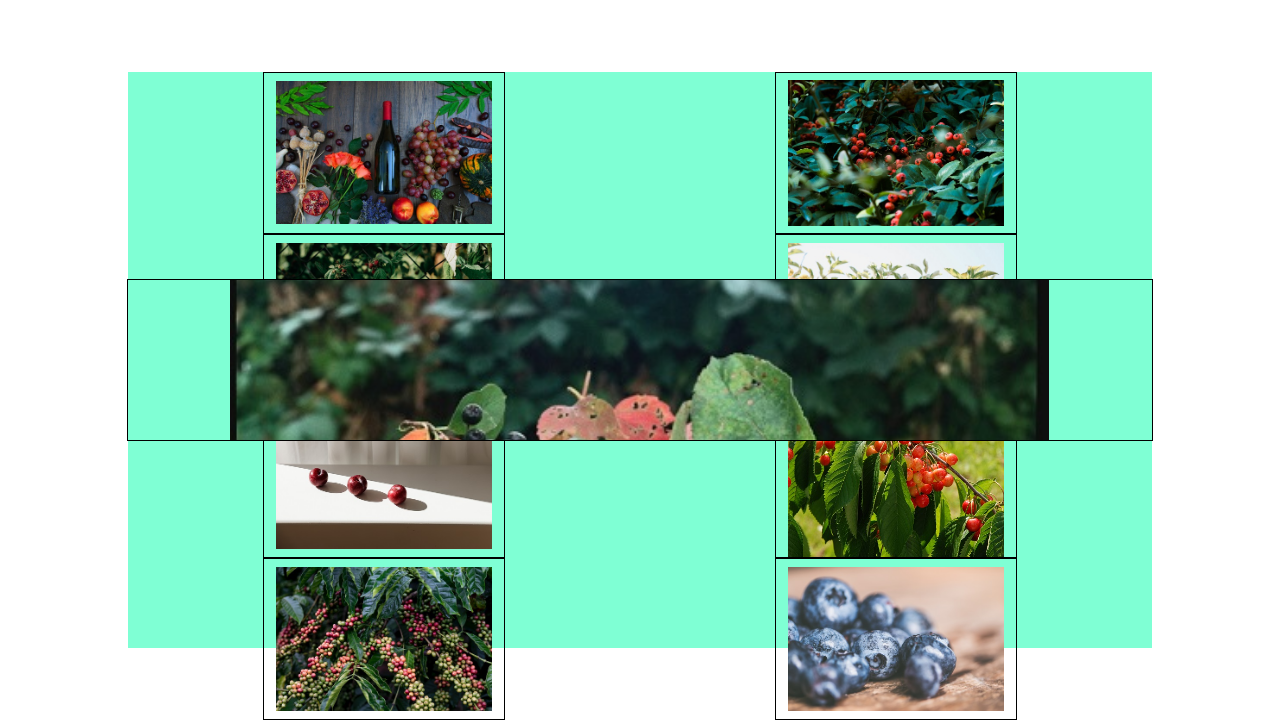
Repository: lidkaa/devTasks
Page: 0. Zadania Testowe/zadania/FlexboxCentered.html
An editor plug-in stored every save of this project. The page is shown before and after the next save, followed by the edit.
The browser window is 1280 px wide. The pictures show the whole page.
The pointer rests on the first visible `.cell`.

Above is the page before, as saved 2022-02-01 10:05:14.

After the next save:
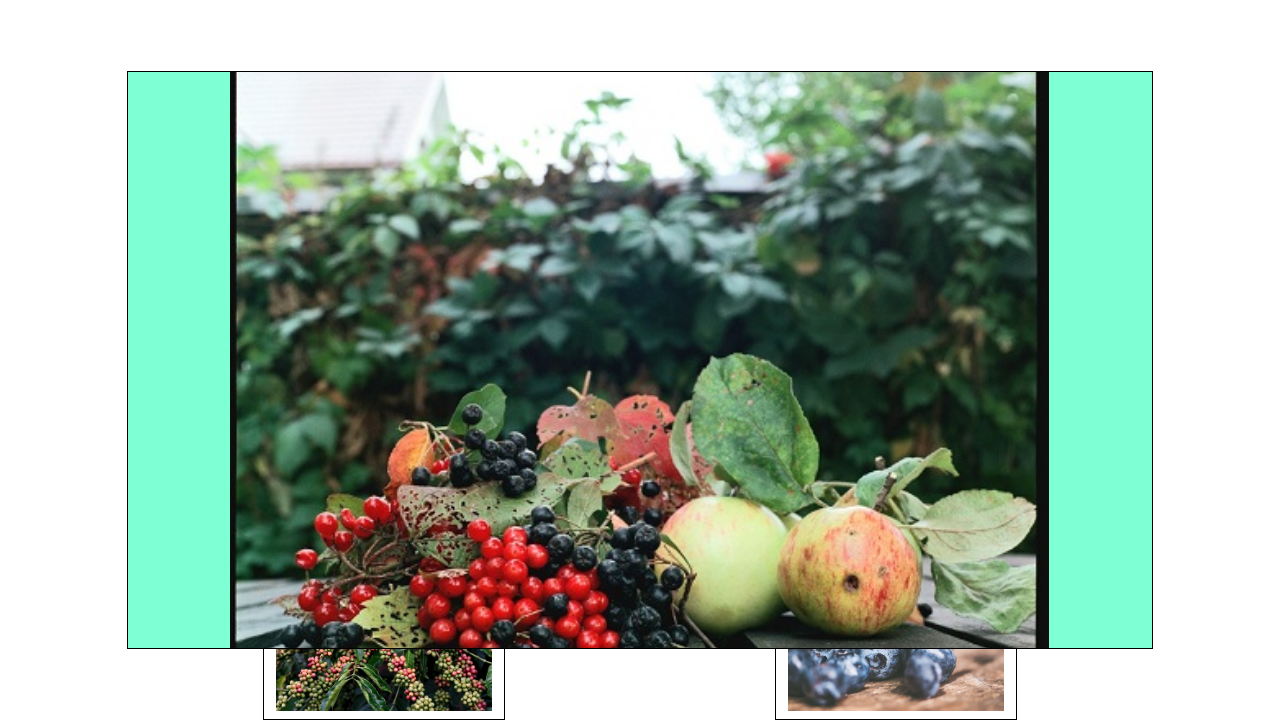
Saved 9 s later.
--- a/0. Zadania Testowe/zadania/flexboxcentered.css
+++ b/0. Zadania Testowe/zadania/flexboxcentered.css
@@ -91,5 +91,6 @@
   .cell:hover {
     position: fixed;
     width: 80%;
+    height: 80%;
     background-size: 80%;
   }
